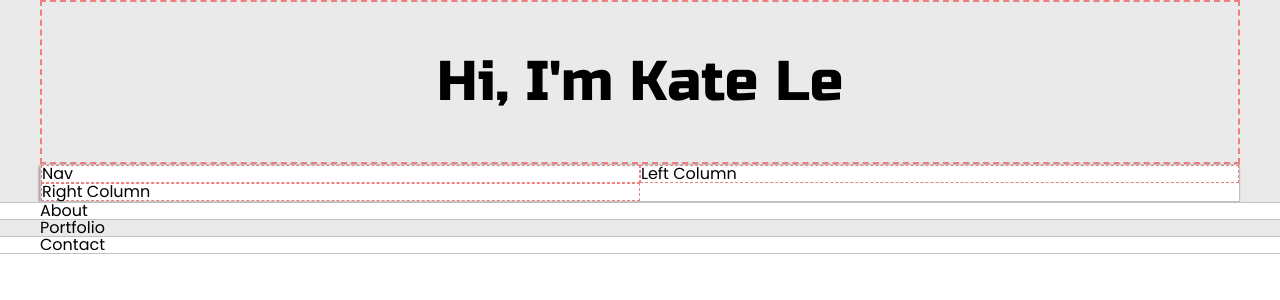
Repository: kate30980/my-persponal-website
Page: index.html
These files come from the project's save history. The page is drawn as it stood at one moment and after the next save; the edit follows.
The browser window is 1280 px wide. The pictures show the whole page.

Above is the page before, as saved 2021-08-26 17:30:54.

After the next save:
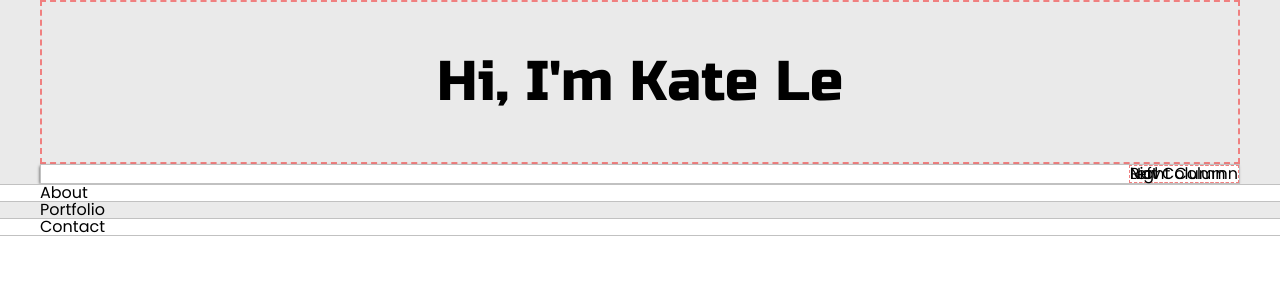
Saved 2 min 7 s later.
--- a/main.css
+++ b/main.css
@@ -100,12 +100,15 @@
 
 .nav-wrapper {
   border: 1px dashed lightcoral;
+  grid-area: nav-wrapper;
 }
 .left-column {
   border: 1px dashed lightcoral;
+  grid-area: left-column;
 }
 .right-column {
   border: 1px dashed lightcoral;
+  grid-area: right-column;
 }
 
 @media screen and (max-width: 1200px) {
